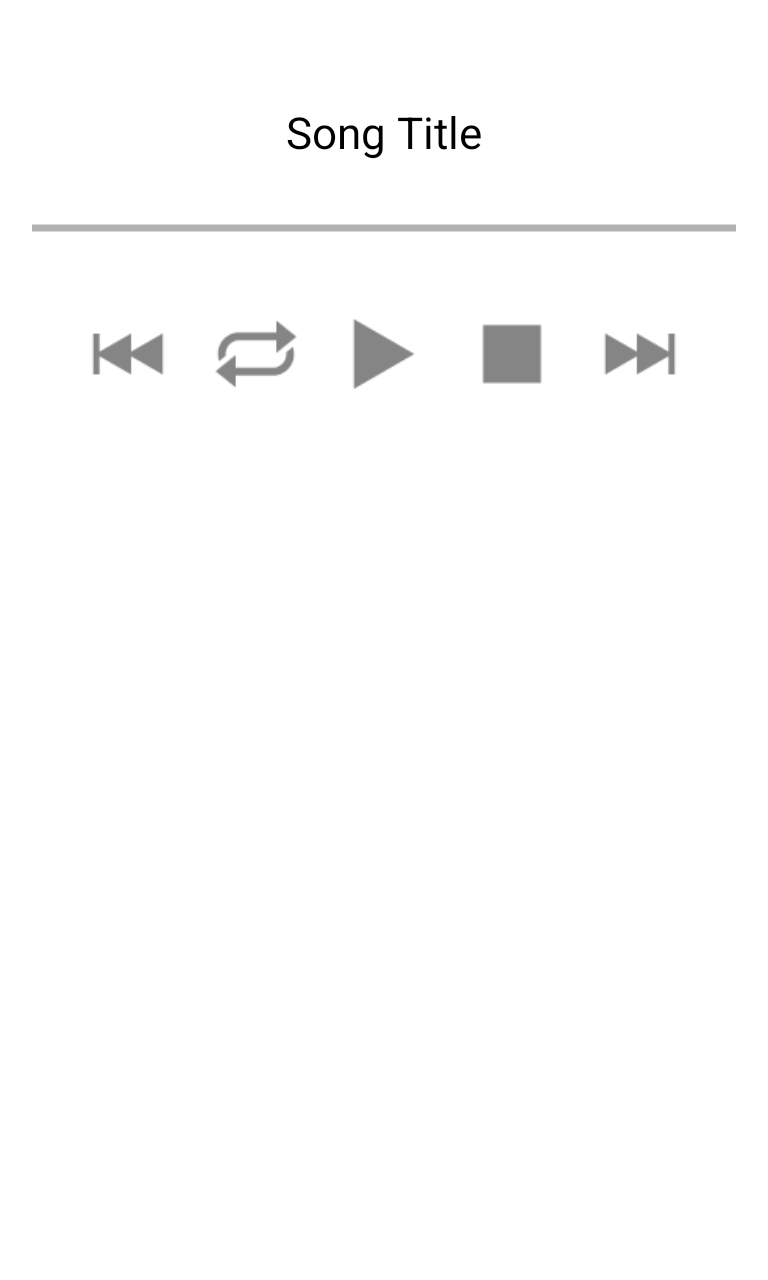
Repository: laurenelder/MDF3
Layout: MiniMediaPlayer/res/layout/activity_main.xml
These files come from the project's save history. The layout is drawn as it stood at one moment and after the next save; the edit follows.
It is drawn on a 768 x 1280 px phone screen (xhdpi) without system bars, with theme AppTheme; the app's code is not run.

Above is the layout before, as saved 2014-09-10 18:16:53.

### MiniMediaPlayer/res/layout/activity_main.xml
<!-- Name: Devin "Lauren" Elder -->
<!-- Date: 09/07/2014 -->
<!-- Term: 1409 -->
<!-- Project Name: Mini Media Player -->
<!-- Assignment: MDF3 Week 1 -->

<LinearLayout xmlns:android="http://schemas.android.com/apk/res/android"
    xmlns:tools="http://schemas.android.com/tools"
    android:layout_width="match_parent"
    android:layout_height="match_parent"
    android:id="@+id/container"
    android:orientation="vertical"
    android:paddingBottom="@dimen/activity_vertical_margin"
    android:paddingLeft="@dimen/activity_horizontal_margin"
    android:paddingRight="@dimen/activity_horizontal_margin"
    android:paddingTop="@dimen/activity_vertical_margin"
    tools:context="com.example.minimediaplayer.MainActivity" >

    <TextView
        android:id="@+id/songTitle"
        android:layout_width="match_parent"
        android:layout_height="60dp"
        android:layout_marginTop="20dp"
        android:text="@string/title"
        android:gravity="center"
        android:textAppearance="?android:attr/textAppearanceLarge" />

    <ProgressBar
        android:id="@+id/progressBar"
        style="?android:attr/progressBarStyleHorizontal"
        android:layout_width="match_parent"
        android:layout_height="wrap_content"
        android:layout_marginTop="10dp"
        android:layout_gravity="center" />

    <LinearLayout
        android:layout_width="match_parent"
        android:layout_height="wrap_content"
        android:layout_marginTop="30dp"
        android:gravity="center" >

        <Button
            android:id="@+id/previousBtn"
            android:layout_width="50dp"
            android:layout_height="50dp"
            android:layout_marginLeft="7dp"
            android:layout_marginRight="7dp"
            android:background="@drawable/ic_action_previous" />

        <Button
            android:id="@+id/repeatBtn"
            android:layout_width="50dp"
            android:layout_height="50dp"
            android:layout_marginLeft="7dp"
            android:layout_marginRight="7dp"
            android:background="@drawable/ic_action_repeat" />

        <Button
            android:id="@+id/playBtn"
            android:layout_width="50dp"
            android:layout_height="50dp"
            android:layout_marginLeft="7dp"
            android:layout_marginRight="7dp"
            android:background="@drawable/ic_action_play" />

        <Button
            android:id="@+id/stopBtn"
            android:layout_width="50dp"
            android:layout_height="50dp"
            android:layout_marginLeft="7dp"
            android:layout_marginRight="7dp"
            android:background="@drawable/ic_action_stop" />

        <Button
            android:id="@+id/nextBtn"
            android:layout_width="50dp"
            android:layout_height="50dp"
            android:layout_marginLeft="7dp"
            android:layout_marginRight="7dp"
            android:background="@drawable/ic_action_next" />

    </LinearLayout>

</LinearLayout>

### MiniMediaPlayer/res/values/strings.xml
<?xml version="1.0" encoding="utf-8"?>

<!-- Name: Devin "Lauren" Elder -->
<!-- Date: 09/07/2014 -->
<!-- Term: 1409 -->
<!-- Project Name: Mini Media Player -->
<!-- Assignment: MDF3 Week 1 -->

<resources>

    <string name="app_name">Mini Media Player</string>
    <string name="hello_world">Hello world!</string>
    <string name="action_settings">Settings</string>
    <string name="title">Song Title</string>

</resources>

Loaded but not shown: MiniMediaPlayer/res/values/styles.xml (common file); MiniMediaPlayer/res/values-v11/styles.xml (common file); MiniMediaPlayer/res/values-v14/styles.xml (common file); MiniMediaPlayer/res/values/dimens.xml (common file); MiniMediaPlayer/res/values-w820dp/dimens.xml (common file)

After the next save:
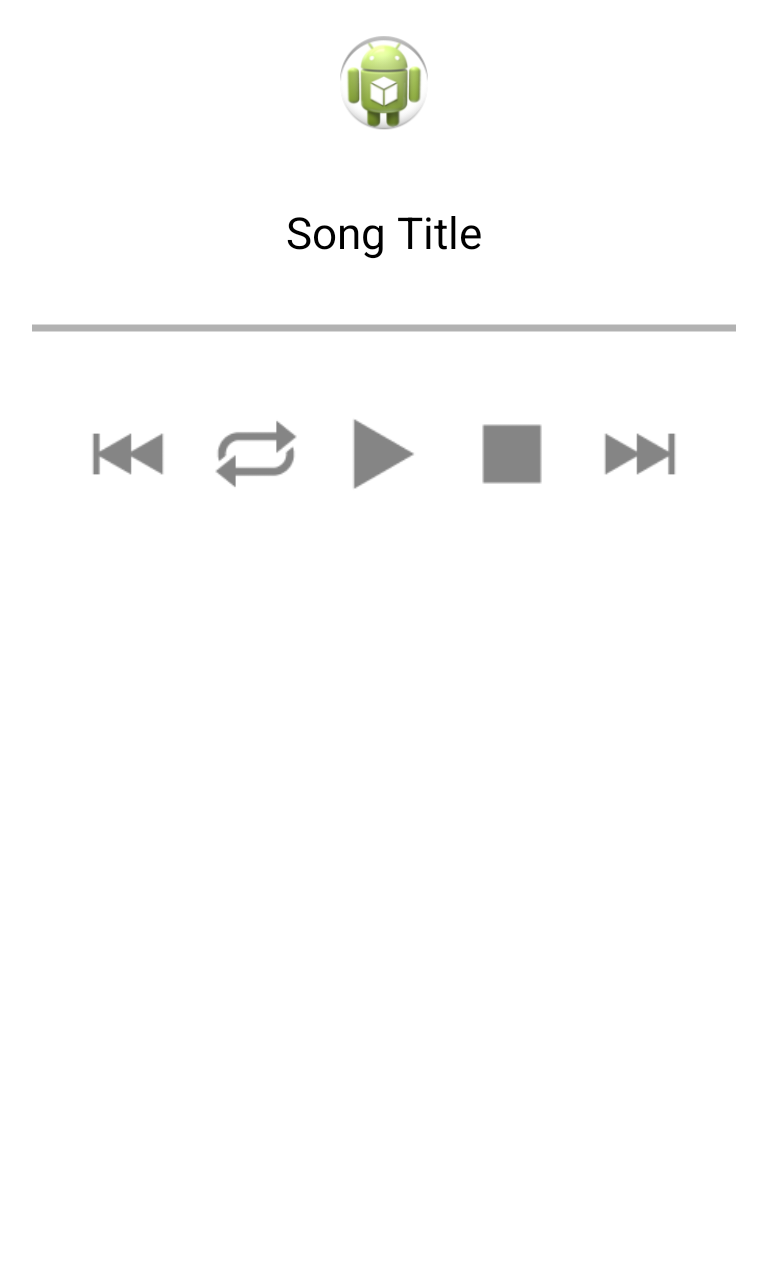
Saved 2 min 13 s later.
--- a/MiniMediaPlayer/res/layout/activity_main.xml
+++ b/MiniMediaPlayer/res/layout/activity_main.xml
@@ -15,6 +15,13 @@
     android:paddingRight="@dimen/activity_horizontal_margin"
     android:paddingTop="@dimen/activity_vertical_margin"
     tools:context="com.example.minimediaplayer.MainActivity" >
+
+    <ImageView
+        android:id="@+id/thumbnailImage"
+        android:layout_width="50dp"
+        android:layout_height="50dp"
+        android:layout_gravity="center"
+        android:src="@drawable/ic_launcher" />
 
     <TextView
         android:id="@+id/songTitle"
